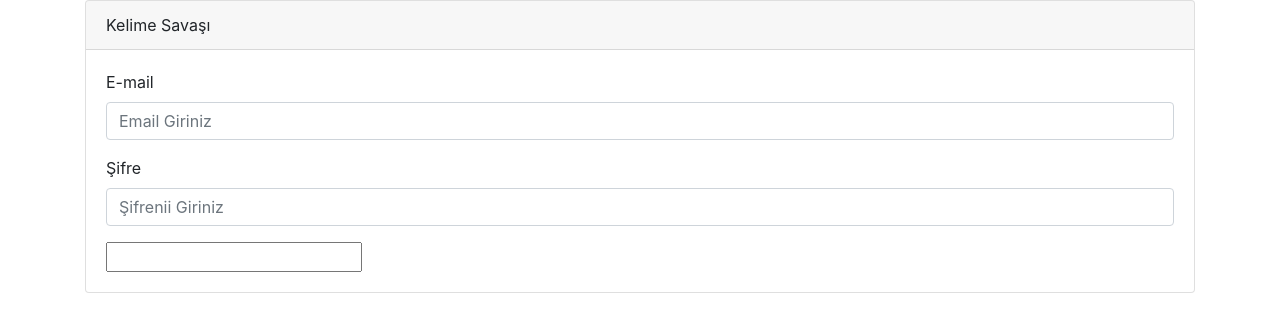
Repository: triapost/kelimeapp
Page: /login
An editor plug-in stored every save of this project. The page is shown before and after the next save, followed by the edit.
The browser window is 1280 px wide. The pictures show the whole page.
The project was rebuilt for these pictures with package versions that can differ from the ones it lists, and the page was loaded fresh each time. Also part of the build but not shown: src/pages/auth/Register.js, src/pages/home/Home.js.

Above is the page before, as saved 2020-09-15 22:26:18.

### public/index.html
<!DOCTYPE html>
<html lang="en">
  <head>
    <meta charset="utf-8" />
    <link rel="icon" href="%PUBLIC_URL%/favicon.ico" />
    <meta name="viewport" content="width=device-width, initial-scale=1" />
    <meta name="theme-color" content="#000000" />
    <meta
      name="description"
      content="Web site created using create-react-app"
    />
    <link rel="apple-touch-icon" href="%PUBLIC_URL%/logo192.png" />
    <!--
      manifest.json provides metadata used when your web app is installed on a
      user's mobile device or desktop. See https://developers.google.com/web/fundamentals/web-app-manifest/
    -->
    <link rel="manifest" href="%PUBLIC_URL%/manifest.json" />
    <link
      rel="stylesheet"
      href="https://stackpath.bootstrapcdn.com/bootstrap/4.5.2/css/bootstrap.min.css"
      integrity="sha384-JcKb8q3iqJ61gNV9KGb8thSsNjpSL0n8PARn9HuZOnIxN0hoP+VmmDGMN5t9UJ0Z"
      crossorigin="anonymous"
    />
    <!--
      Notice the use of %PUBLIC_URL% in the tags above.
      It will be replaced with the URL of the `public` folder during the build.
      Only files inside the `public` folder can be referenced from the HTML.

      Unlike "/favicon.ico" or "favicon.ico", "%PUBLIC_URL%/favicon.ico" will
      work correctly both with client-side routing and a non-root public URL.
      Learn how to configure a non-root public URL by running `npm run build`.
    -->
    <title>React App</title>
  </head>
  <body>
    <noscript>You need to enable JavaScript to run this app.</noscript>
    <div id="root"></div>
    <!--
      This HTML file is a template.
      If you open it directly in the browser, you will see an empty page.

      You can add webfonts, meta tags, or analytics to this file.
      The build step will place the bundled scripts into the <body> tag.

      To begin the development, run `npm start` or `yarn start`.
      To create a production bundle, use `npm run build` or `yarn build`.
    -->
  </body>
</html>

### src/pages/index.js
export { default as Login } from "./auth/Login";
export { default as Register } from "./auth/Register";
export { default as Home } from "./home/Home";

### src/pages/auth/Login.js
import React, { useState } from "react";

const Login = () => {
  return (
    <div className="container">
      <div className="card">
        <div className="card-header">Kelime Savaşı</div>
        <div className="card-body">
          <form>
            <div className="form-group">
              <label htmlFor="">E-mail</label>
              <input
                type="email"
                className="form-control"
                placeholder="Email Giriniz"
                name="email"
                required
              />
            </div>
            <div className="form-group">
              <label htmlFor="">Şifre</label>
              <input
                type="password"
                className="form-control"
                placeholder="Şifrenii Giriniz"
                name="password"
                required
              />
            </div>
            <input type="text" className="btn-btn-success"/>
          </form>
        </div>
      </div>
    </div>
  );
};

export default Login;

Loaded but not shown: src/index.js (common file); src/App.js (common file)

After the next save:
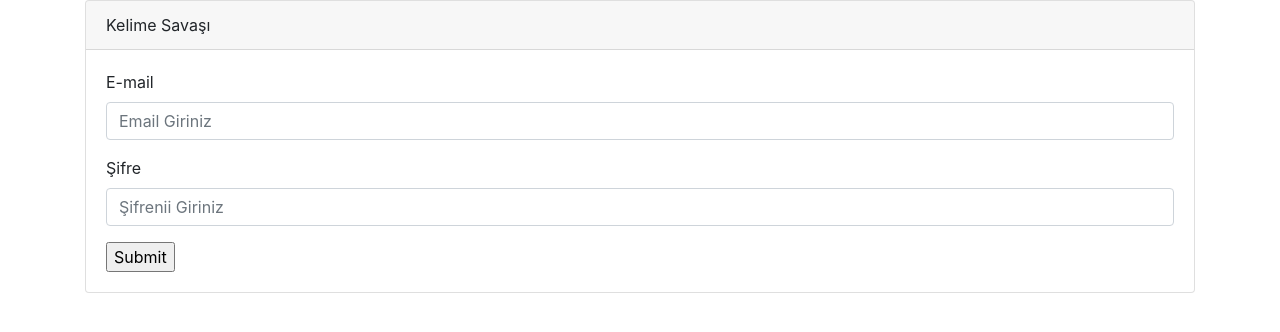
Saved 6 s later.
--- a/src/pages/auth/Login.js
+++ b/src/pages/auth/Login.js
@@ -27,7 +27,7 @@ const Login = () => {
                 required
               />
             </div>
-            <input type="text" className="btn-btn-success"/>
+            <input type="submit" className="btn-btn-success" />
           </form>
         </div>
       </div>
